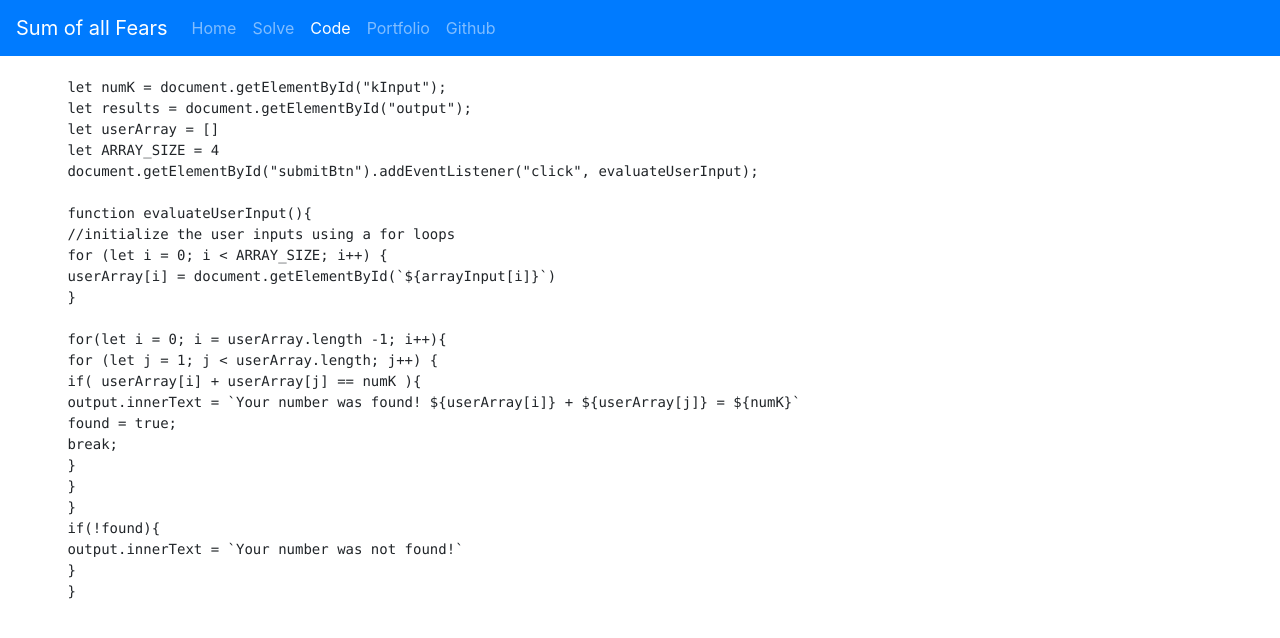
Repository: zhadjah9559/BrainBufferOverflow
Page: code.html
These files come from the project's save history. The page is drawn as it stood at one moment and after the next save; the edit follows.
The browser window is 1280 px wide. The pictures show the whole page.

Above is the page before, as saved 2021-01-18 00:53:37.

After the next save:
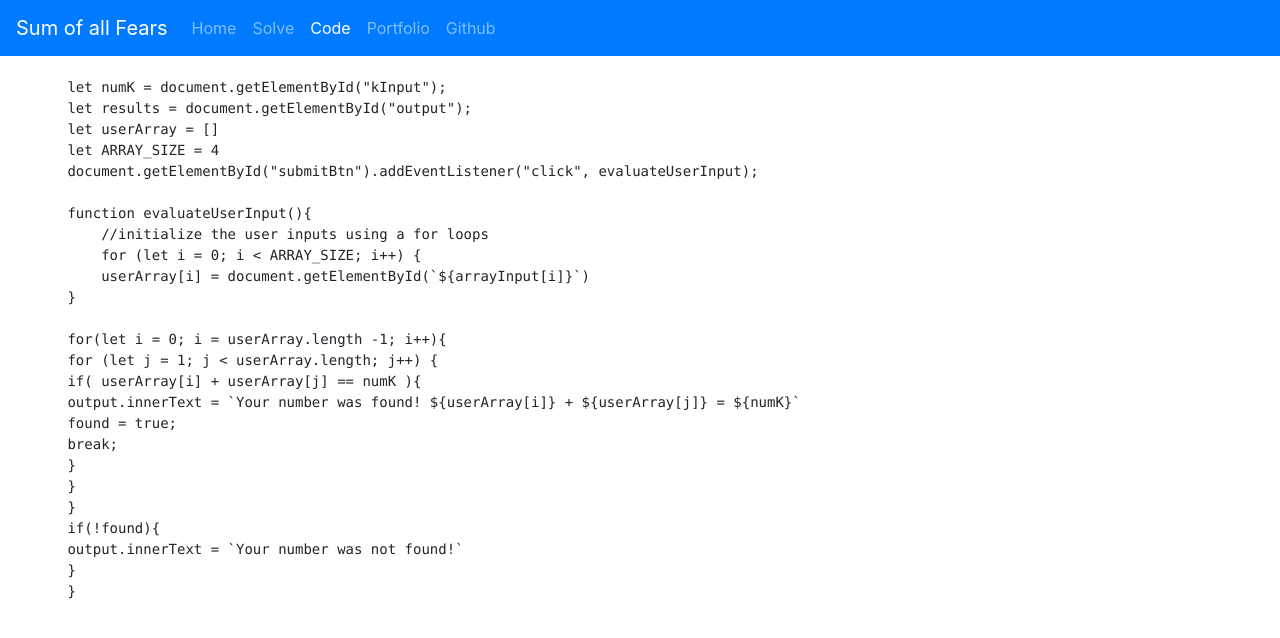
Saved 6 s later.
--- a/code.html
+++ b/code.html
@@ -46,9 +46,9 @@
         document.getElementById("submitBtn").addEventListener("click", evaluateUserInput);
 
         function evaluateUserInput(){
-        //initialize the user inputs using a for loops
-        for (let i = 0; i < ARRAY_SIZE; i++) {
-        userArray[i] = document.getElementById(`${arrayInput[i]}`)
+            //initialize the user inputs using a for loops
+            for (let i = 0; i < ARRAY_SIZE; i++) {
+            userArray[i] = document.getElementById(`${arrayInput[i]}`)
         }
 
         for(let i = 0; i = userArray.length -1; i++){
